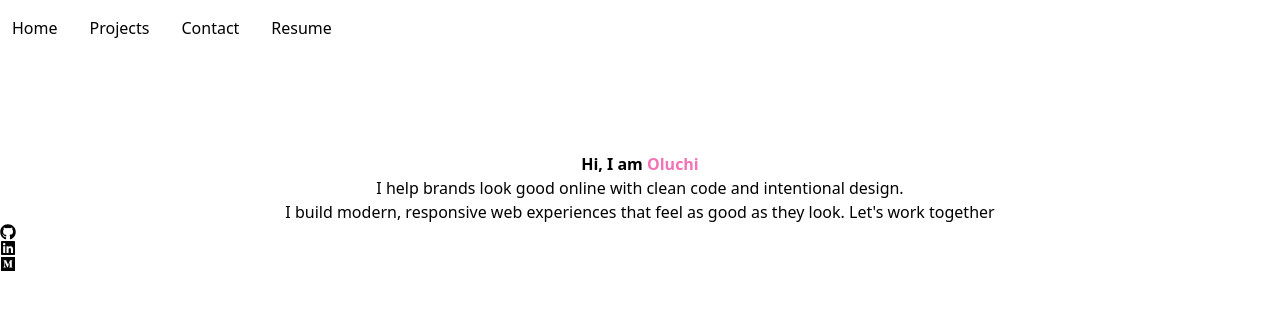
Repository: ooluchi/portfolio_
Page: / (app in my-react-app/)
An editor plug-in stored every save of this project. The page is shown before and after a run of saves, followed by the edit.
The browser window is 1280 px wide. The pictures show the whole page.
The project was rebuilt for these pictures with package versions that can differ from the ones it lists, and the page was loaded fresh each time. Also part of the build but not shown: my-react-app/vite.config.ts.

Above is the page before, as saved 2025-11-20 11:41:25.

### my-react-app/src/index.css
@import url("https://fonts.googleapis.com/css2?family=Kumbh+Sans:wght@100;200;300;400;500;600;700;800;900&display=swap");

@tailwind base;
@tailwind components;
@tailwind utilities;

* {
    margin: 0;
    padding: 0;
    box-sizing: border-box;
  }

### my-react-app/src/App.tsx


import './index.css'
import Home from './components/Home'
import NavBar from './components/NavBar'

export default function App() {

  return (
    <div className='dark'>
    <NavBar />
    <Home />
    </div>
  )
}

### my-react-app/src/components/Home.tsx
import { FaGithub, FaLinkedin, FaMedium } from "react-icons/fa";

import "../index.css";


export default function Home() {
  return (
    <div>

      <div className="text-center mt-24">
        <h1 className="font-bold">Hi, I am <span className="text-pink-400">Oluchi</span></h1>
        <p>I help brands look good online with clean code and intentional design.</p>
        <p>I build modern, responsive web experiences that feel as good as they look. Let's work together</p>
      </div>
      <div>
        <a
          href="https://github.com/ooluchi"
          target="_blank"
          rel="noreferrer"
          aria-label="GitHub"
        >
          <FaGithub/>
        </a>
        <a
          href="https://github.com/ooluchi"
          target="_blank"
          rel="noreferrer"
          aria-label="LinkedIn"
        >
        <FaLinkedin />
        </a>

        <a
          href="https://medium.com/@ooluchiokoro"
          target="_blank"
          rel="noreferrer"
          aria-label="Medium"
        >
          <FaMedium />
        </a>

      </div>
    </div>
  )
}

### my-react-app/src/components/NavBar.tsx

import "../index.css";





export default function NavBar() {

  // const [isOpen, setIsOpen] = useState(false);

  return (
    <nav className="text-center">
      <div className="text-center py-4 ">
        <div className="">
          <div className="lg:hidden">

          </div>
          <div className="w-full lg:block">
            <ul className={`flex flex-row align-justify gap-8 ml-3 lg:static`}>
              <li className=""><a href="#">Home</a></li>
              <li className=""><a href="#">Projects</a></li>
              <li className=""><a href="#">Contact</a></li>
              <li className=""><a href="#">Resume</a></li>
            </ul>
          </div>

        </div>


      </div>

    </nav>
  )
}

Loaded but not shown: my-react-app/index.html (common file); my-react-app/src/main.tsx (common file); my-react-app/tailwind.config.js (common file)

After the next 2 saves:
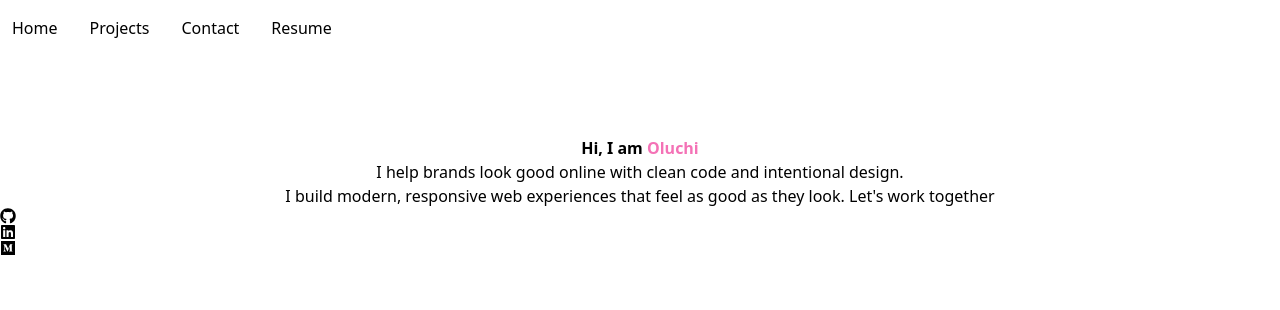
The 2 saves are shown as one change because they came seconds apart.
The last was saved 12 min 25 s later.
--- a/my-react-app/src/components/Home.tsx
+++ b/my-react-app/src/components/Home.tsx
@@ -7,7 +7,7 @@ export default function Home() {
   return (
     <div>
 
-      <div className="text-center mt-24">
+      <div className="text-center mt-20">
         <h1 className="font-bold">Hi, I am <span className="text-pink-400">Oluchi</span></h1>
         <p>I help brands look good online with clean code and intentional design.</p>
         <p>I build modern, responsive web experiences that feel as good as they look. Let's work together</p>
